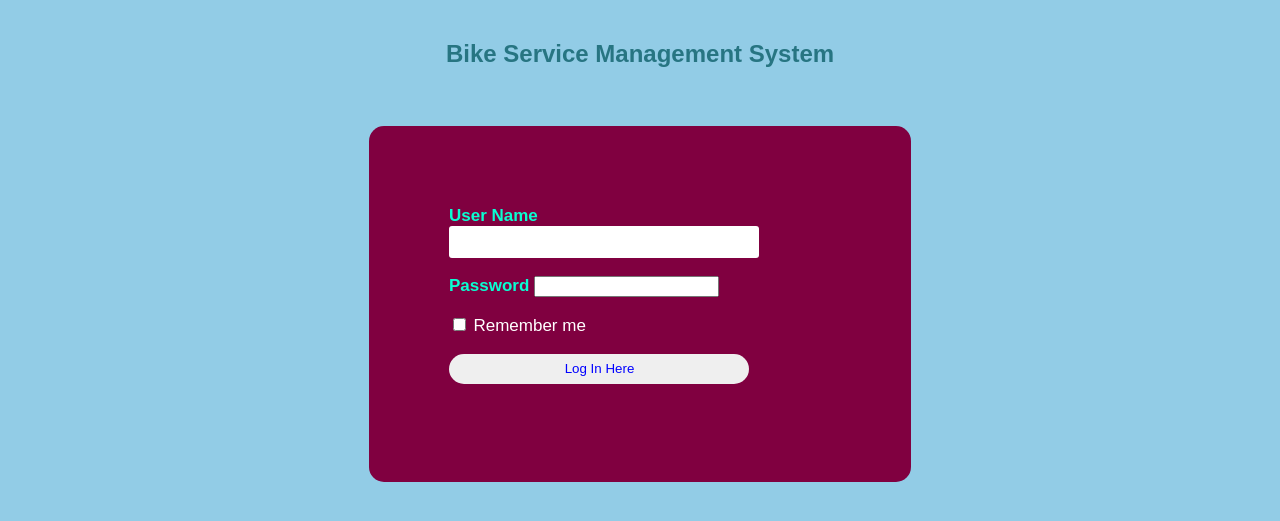
Repository: rohanbhavare1234/BikeServiceWorkspace
Page: eclipse-workspace/jspdemo/WebContent/student-form.html
The author's editor kept a copy of each file at every save. The page is drawn from the files as they stood at one save, then again after the next save.
The browser window is 1280 px wide. The pictures show the whole page.

Above is the page before, as saved 2023-04-11 17:59:04.

After the next save:
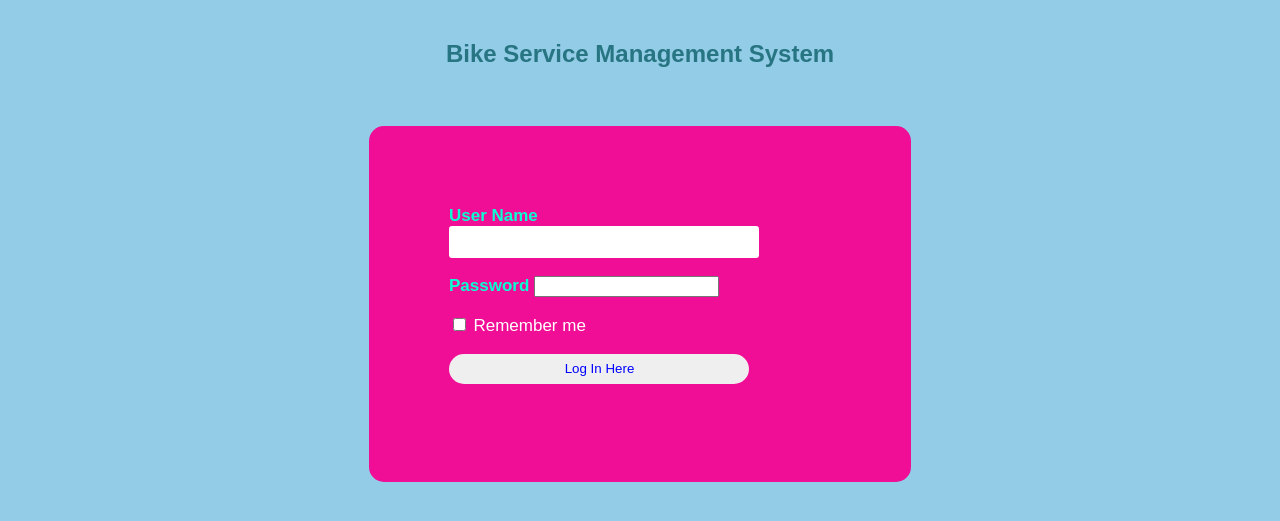
Saved 37 s later.
--- a/eclipse-workspace/jspdemo/WebContent/Style.css
+++ b/eclipse-workspace/jspdemo/WebContent/Style.css
@@ -13,7 +13,7 @@
         margin: auto;
         margin: 20 0 0 450px;
         padding: 80px;
-        background: #800040;
+        background: #f10e96;
         border-radius: 15px ;
 
 }

After the save that followed:
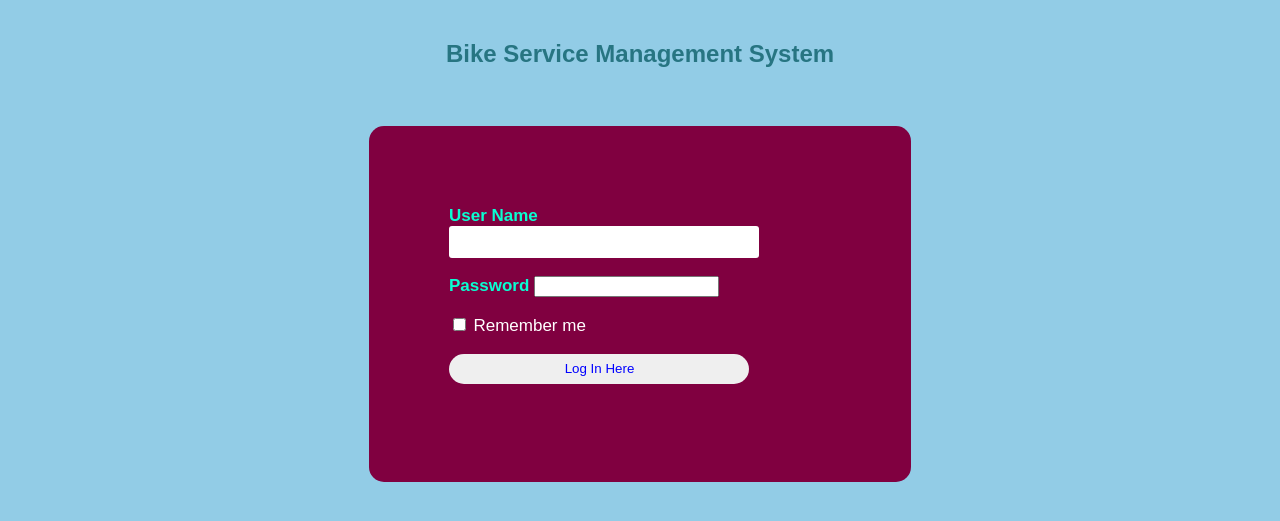
Saved 34 s later.
--- a/eclipse-workspace/jspdemo/WebContent/Style.css
+++ b/eclipse-workspace/jspdemo/WebContent/Style.css
@@ -13,7 +13,7 @@
         margin: auto;
         margin: 20 0 0 450px;
         padding: 80px;
-        background: #f10e96;
+        background: #800040;
         border-radius: 15px ;
 
 }
